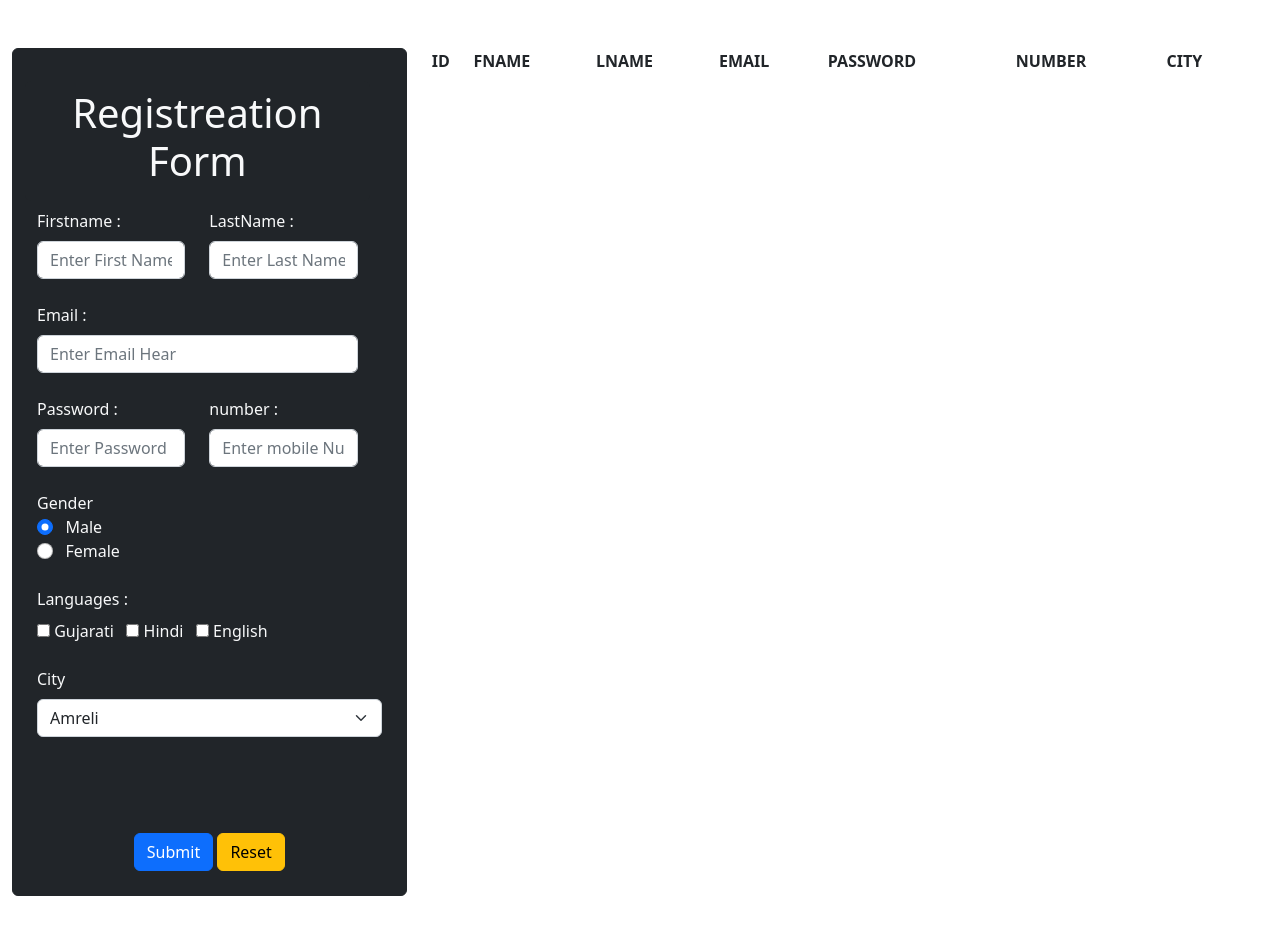
Repository: Rahulkathiriya/java-assignment-and-assesment
Page: http://localhost/web006_ajax_curd_onePage/
The author's editor kept a copy of each file at every save. The page is drawn from the files as they stood at one save, then again after the next save.
The browser window is 1280 px wide. The pictures show the whole page.
The page is served by Tomcat 9. Other server files are loaded and not shown. Queries for data that is not in the repository find no rows.

Above is the page before, as saved 2022-11-15 12:22:39.

### web006_ajax_curd_onePage/src/main/webapp/index.jsp
<!DOCTYPE html>
<%@page import="java.util.ArrayList"%>
<html lang="en">

<head>
<meta charset="UTF-8">
<meta http-equiv="X-UA-Compatible" content="IE=edge">
<meta name="viewport" content="width=device-width, initial-scale=1.0">
<title>Document</title>
<!-- CSS only -->
<link
	href="https://cdn.jsdelivr.net/npm/bootstrap@5.2.0/dist/css/bootstrap.min.css"
	rel="stylesheet"
	integrity="sha384-gH2yIJqKdNHPEq0n4Mqa/HGKIhSkIHeL5AyhkYV8i59U5AR6csBvApHHNl/vI1Bx"
	crossorigin="anonymous">
<!-- <-- JavaScript Bundle with Popper -->
<script
	src="https://cdn.jsdelivr.net/npm/bootstrap@5.2.0/dist/js/bootstrap.bundle.min.js"
	integrity="sha384-A3rJD856KowSb7dwlZdYEkO39Gagi7vIsF0jrRAoQmDKKtQBHUuLZ9AsSv4jD4Xa"
	crossorigin="anonymous"></script>

<!--  	j-Queary cdn -->
<script
	src="https://cdnjs.cloudflare.com/ajax/libs/jquery/3.6.1/jquery.min.js"
	integrity="sha512-aVKKRRi/Q/YV+4mjoKBsE4x3H+BkegoM/em46NNlCqNTmUYADjBbeNefNxYV7giUp0VxICtqdrbqU7iVaeZNXA=="
	crossorigin="anonymous" referrerpolicy="no-referrer"></script>

<style>
.container-fluid {
	display: flex !important;
	justify-content: flex-start !important;
	margin: 3rem 0 !important;
}

.row {
	width: 100%;
}
</style>

<script type="text/javascript">

$(document).ready(function(){

	$("#update").hide();


	viewData();

});


function addStudent(){

	var fname = $("#fname").val();
	var lname = $("#lname").val();
	var email = $("#email").val();
	var password = $("#password").val();
	var number = $("#number").val();
	var city = $("#city").val();



	$.get("addStudent",{fname,lname,email,password,number,city},function(data){

		$("#student").html(data);
		viewData();
	});
}

	function viewData(){

		$.get("viewData",{},function(data){

			const info = JSON.parse(data);
			var row = "";
			row = row+"<tr><th>ID</th><th>FNAME</th><th>LNAME</th><th>EMAIL</th><th>PASSWORD</th><th>NUMBER</th><th>CITY</th></tr>"

			for(var i =0;i<info.length;i++){

				var student = info[i];
				row = row+"<tr><td>"+student.id+"</td><td>"+student.fname+"</td><td>"+student.lname+"</td><td>"+student.email+"</td><td>"+student.password+"</td><td>"+student.number+"</td><td>"+student.city+"</td><td><button class='btn btn-danger bg-danger'onClick='deleteStudent("+student.id+")'>Delete</button></td><td><button class='btn btn-primary bg-primary' onClick='dataById("+student.id+")'>Update</button></td></tr>";
			}

			$("#table").html(row);


		});

}

	function deleteStudent(uid)
	{
	$.get("update",{uid},function(data){
		alert(data);
		 viewData();

	});

	}


	function dataById(uid){

		$.post("update",{uid},function(data){


		});

	}


</script>


</head>

<body>

	<div class="container-fluid">

		<div class="row">
			<div class="col col-md-4 col-lg-4">
				<form action="addStudent"
					class="border border-dark bg-dark text-light p-4 rounded">
					<div class="row">
						<p class="h1 text-center bg-dark text-light p-2 pb-3 mt-2 rounded">Registreation
							Form</p>
						<span class="text-success" id="student"></span> <span
							class="text-success">${updateMsg}</span> <span
							class="text-danger">${error}</span>
						<div class="col">
							<input type="hidden" name="uid" id="uid"> <label
								for="fname" class="form-label">Firstname :</label> <input
								type="text" class="form-control" name="fname" id="fname"
								placeholder="Enter First Name" required="required"> <span
								class="text-danger">${fnameError}</span>
						</div>


						<div class="col">
							<label for="lname" class="form-label">LastName : </label> <input
								type="text" class="form-control" id="lname" name="lname"
								placeholder="Enter Last Name " required /> <span
								class="text-danger">${lnameError}</span>
						</div>
					</div>
					<br />
					<div class="row">

						<div class="col">
							<label for="email" class="form-label">Email : </label>
							<div class="input-group">
								<input type="text" name="email" id="email"
									placeholder="Enter Email Hear" class="form-control"
									required="required">
							</div>
							<span class="text-danger">${emailError}</span>
						</div>
					</div>
					<br>

					<div class="row">
						<div class="col">

							<label for="pass" class="form-label">Password : </label> <input
								type="text" id="password" name="password" class="form-control"
								placeholder="Enter Password" required="required"> <span
								class="text-danger">${passError}</span>
						</div>
						<div class="col">
							<label for="number" class="form-label">number : </label> <input
								type="text" class="form-control" id="number" name="number"
								placeholder="Enter mobile Number" required="required"> <span
								class="text-danger"></span>
						</div>

					</div>


					<br /> <label for="gender" class="from-label">Gender</label>
					<div class="form-checked">
						<input type="radio" class="form-check-input" name="gender"
							id="gender" value="male" checked="checked" /> &nbsp; Male <br />
						<input type="radio" class="form-check-input" name="gender"
							id="gender" value="female" />&nbsp; &nbsp;Female
					</div>


					<br> <label for="lang" class="form-label">Languages :</label>
					<br> <input type="checkbox" id="lang" name="lang"
						value="gujarati">&nbsp;Gujarati &nbsp; <input
						type="checkbox" id="lang" name="lang" value="hindi">&nbsp;Hindi
					&nbsp; <input type="checkbox" id="lang" name="lang" value="English">&nbsp;English
					<br> <br> <label for="city" class="form-label">City</label>
					<select name="city" id="city" class="form-select">
						<option value="Amreli">Amreli</option>
						<option value="Surat">Surat</option>
						<option value="Ahamdabad">Ahamdabad</option>
						<option value="Baroda">Baroda</option>
					</select> <br> <br>
					<div class="text-center mt-5">
						<button class="btn btn-primary" id="submit" onclick="addStudent()">Submit</button>
						<button class="btn btn-warning" id="update">Update</button>
						<input type="reset" value="Reset" class="btn btn-warning">
					</div>

				</form>
			</div>


			<div class="col col-md-8 col-lg-8 mx-auto">

				<table id="table" class="table">




				</table>


			</div>

		</div>




	</div>



</body>

</html>

### web006_ajax_curd_onePage/src/main/java/controller/viewData.java
package controller;

import java.io.IOException;
import java.io.PrintWriter;
import java.util.ArrayList;

import javax.servlet.ServletException;
import javax.servlet.annotation.WebServlet;
import javax.servlet.http.HttpServlet;
import javax.servlet.http.HttpServletRequest;
import javax.servlet.http.HttpServletResponse;

import com.google.gson.Gson;

import dao.studentDao;
import model.student;

/**
 * Servlet implementation class viewData
 */
@WebServlet("/viewData")
public class viewData extends HttpServlet {
	private static final long serialVersionUID = 1L;

	/**
	 * @see HttpServlet#HttpServlet()
	 */
	public viewData() {
		super();
		// TODO Auto-generated constructor stub
	}

	/**
	 * @see HttpServlet#doGet(HttpServletRequest request, HttpServletResponse
	 *      response)
	 */
	protected void doGet(HttpServletRequest req, HttpServletResponse resp) throws ServletException, IOException {
		PrintWriter pw = resp.getWriter();

		studentDao dao = new studentDao();

		ArrayList<student> al = dao.viewStudent();

		Gson gson = new Gson();
		String s = gson.toJson(al);
		pw.append(s);

	}

	/**
	 * @see HttpServlet#doPost(HttpServletRequest request, HttpServletResponse
	 *      response)
	 */
	protected void doPost(HttpServletRequest request, HttpServletResponse response)
			throws ServletException, IOException {
		// TODO Auto-generated method stub
		doGet(request, response);
	}

}

After the next save:
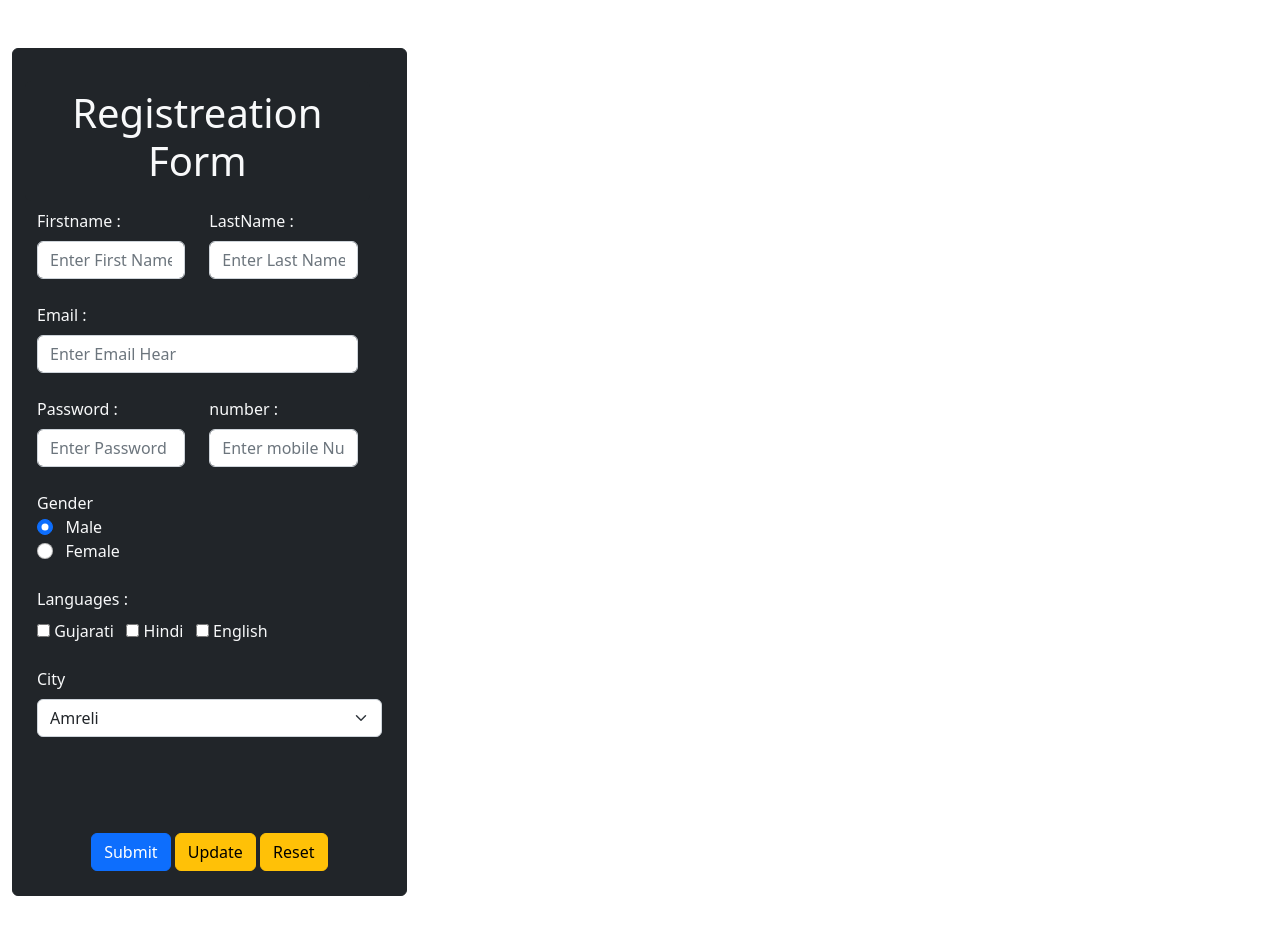
Console error: SyntaxError: Invalid or unexpected token
Saved 26 s later.
--- a/web006_ajax_curd_onePage/src/main/webapp/index.jsp
+++ b/web006_ajax_curd_onePage/src/main/webapp/index.jsp
@@ -103,7 +103,7 @@
 
 		$.post("update",{uid},function(data){
 
-
+			var data = JSON.parse(data);'
 		});
 
 	}

After the save that followed:
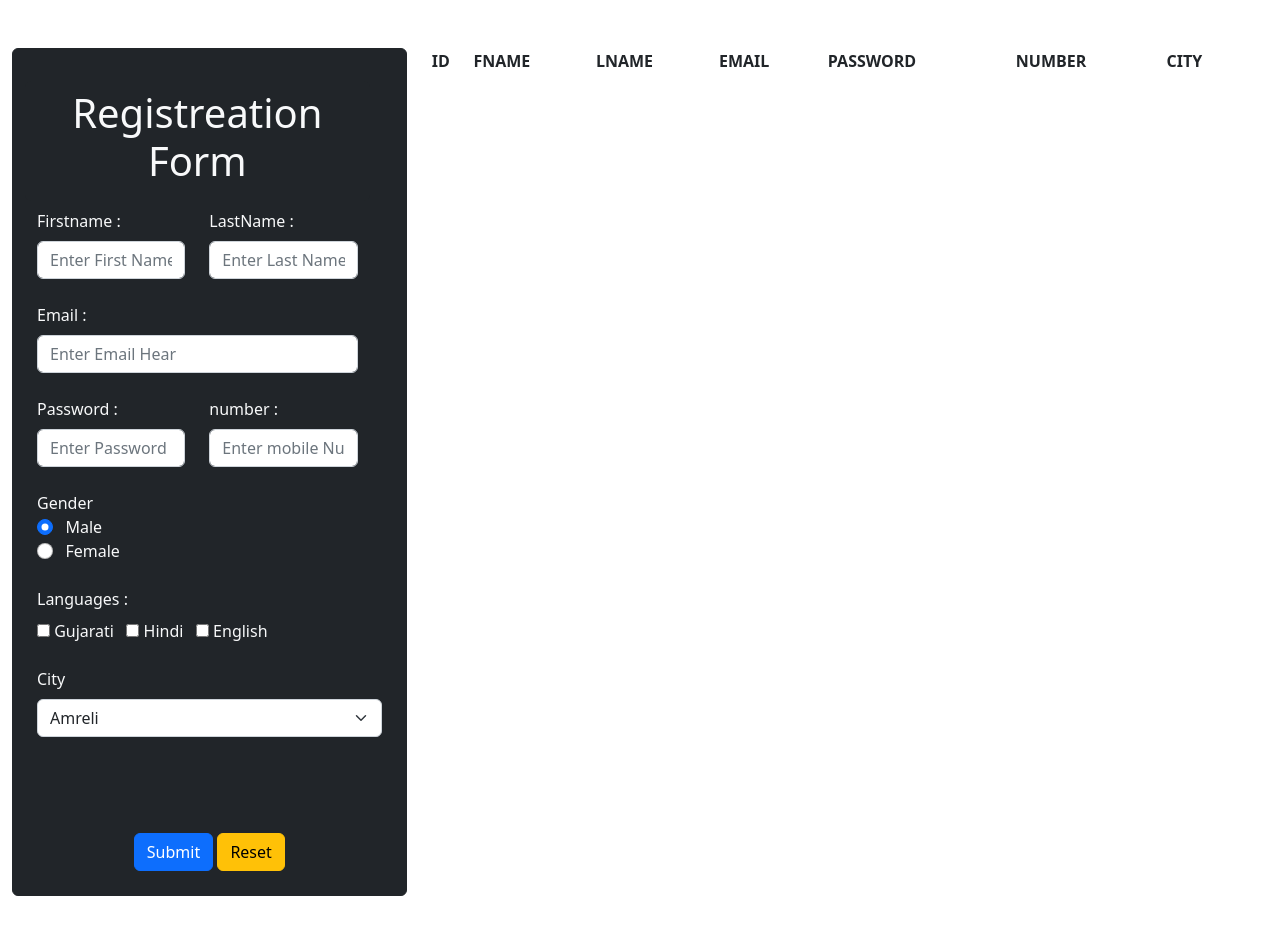
The error is gone.
Saved 26 s later.
--- a/web006_ajax_curd_onePage/src/main/webapp/index.jsp
+++ b/web006_ajax_curd_onePage/src/main/webapp/index.jsp
@@ -103,7 +103,9 @@
 
 		$.post("update",{uid},function(data){
 
-			var data = JSON.parse(data);'
+			var data = JSON.parse(data);
+
+			$("#uid")
 		});
 
 	}
